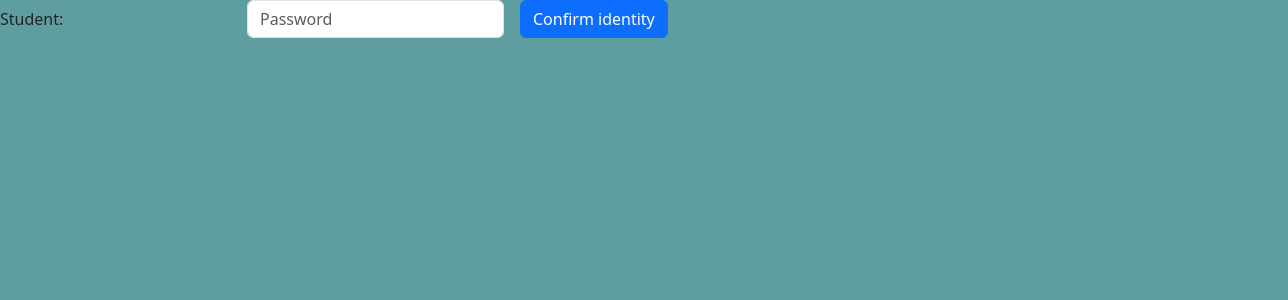
Repository: noahcallen/INDIVIDUAL-PROJECT-sorting-hat
Page: index.html
These files come from the project's save history. The page is drawn as it stood at one moment and after the next save; the edit follows.
The browser window is 1280 px wide. The page is 1288 px wide, so the pictures cover 1288 px, including what lies to the right of the window. The pictures show the whole page.

Above is the page before, as saved 2024-07-27 10:53:36.

After the next save:
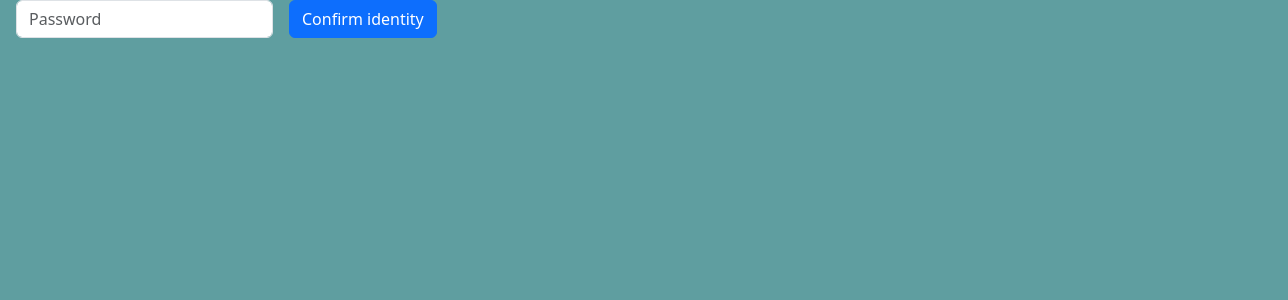
Saved 23 s later.
--- a/index.html
+++ b/index.html
@@ -10,8 +10,6 @@
 <body>
   <form class="row g-3">
     <div class="col-auto">
-      <label for="staticEmail2" class="visually-hidden">Email</label>
-      <input type="text" readonly class="form-control-plaintext" id="staticEmail2" value="Student:">
     </div>
     <div class="col-auto">
       <label for="inputPassword2" class="visually-hidden">Password</label>
